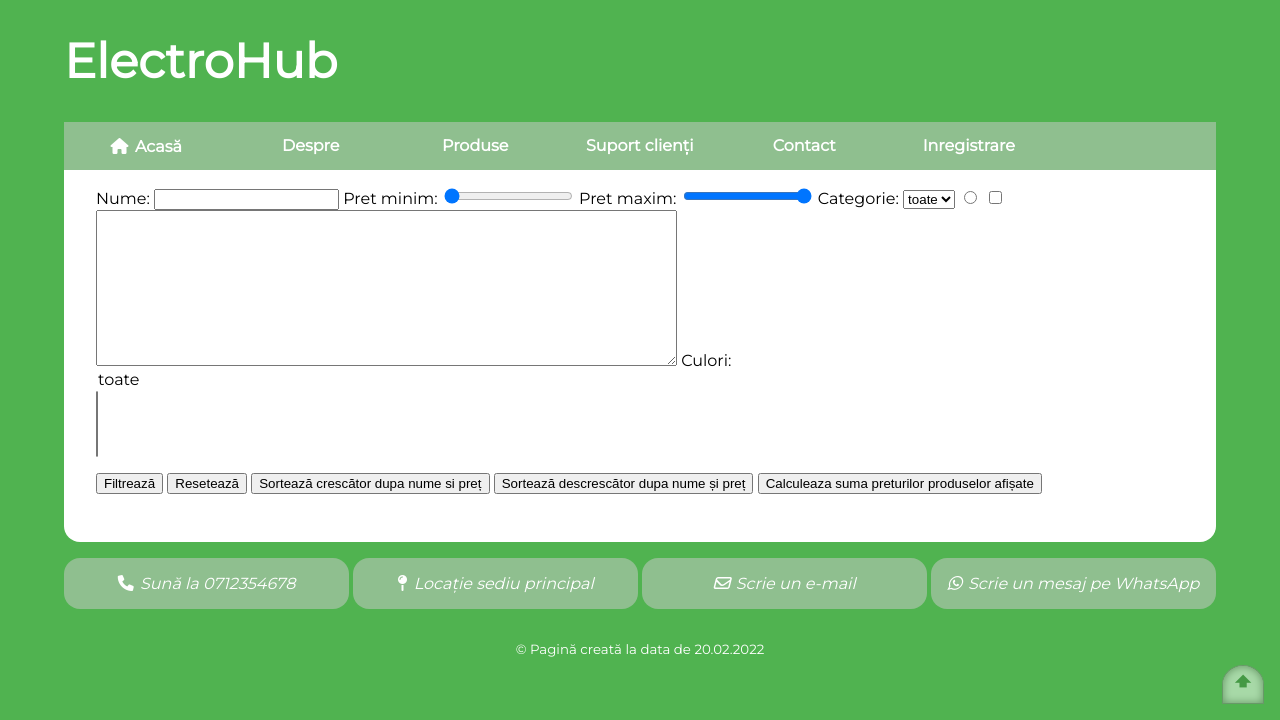
Repository: alexbanilean/Proiect-TW---ElectroHub
Page: http://localhost/produse
An editor plug-in stored every save of this project. The page is shown before and after the next save, followed by the edit.
The browser window is 1280 px wide. The pictures show the whole page.
The page is served by the project's Node server (index.js). Queries for data that is not in the repository find no rows.

Above is the page before, as saved 2022-05-09 21:55:29.
Console error: TypeError: Cannot set properties of null (setting 'onclick')

### views/pagini/produse.ejs
<!DOCTYPE html>
<html  lang="ro">
    <head>
        <meta name="description" content="Universul electronicelor și electrocasnicelor la cele mai bune prețuri.">
        <meta name="keywords" content="electronice, electrocasnice, telefoane, tablete, jocuri, televizoare, smartphone">
        <title>ElectroHub</title>
        <%- include("../fragmente/head"); %>
        <link rel="stylesheet" type="text/css" href="/resurse/css/produse.css"/>
        <script type="text/javascript" src="/resurse/js/produse.js"></script>
    </head>

    <body>

    <%- include("../fragmente/header") %>

    <main>

        <!--<label> Maxim calorii: <input type="number" id="inp-calorii" value="10000"></label>-->
        <!-- <div> Calorii: trebuie sa aiba acelasi name ca sa formeze un grup
            <p><label>Dietetic (calorii &lt; 350)
                <input id="i_rad1"  name="gr_rad" value="0:350" type="radio"/>
            </label></p>
            <p><label>Mediu (350 &le; calorii &lt; 700)
                <input id="i_rad2"  name="gr_rad" value="350:750" type="radio"/>
            </label>
            <p><label>Ridicat caloric (700 &le; calorii)
                <input id="i_rad3" name="gr_rad" value="700:1000000000" type="radio"/>
            </label>
            <p><label>Toate
                <input id="i_rad4" checked name="gr_rad" value="toate" type="radio"/>
            </label>
        </div> -->

        <p>
            <label>Nume: <input type="text" id="inp-nume"></label>

            <label>Pret minim: <input type="range" id="inp-pret-min" value="0" min="0"  max="5000"><span id="infoRangeMin"></span></label>

            <label>Pret maxim: <input type="range" id="inp-pret-max" value="5000" min="0"  max="5000"><span id="infoRangeMax"></span></label>

            <label>Categorie:
                <select id = "inp-categorie">
                    <option id = "sel-toate" selected value = "toate">toate</option>
                    <% for (let opt of locals.optiuni) { %>
                        <option value = "<%- opt.unnest %>"><%- opt.unnest %> </option>
                    <% } %>
                </select>
            </label>

            <label> <input type = "radio"> </label>

            <label> <input type = "checkbox"> </label>

            <label> <textarea id = "txtArea" rows = "10" cols = "70"></textarea> </label>

            <label>
                <datalist id = "browsers">
                    <option value = "Edge">
                    <option value = "Firefox">
                    <option value = "Chrome">
                    <option value = "Opera">
                    <option value = "Safari">
                </datalist>
            </label>

            <label>Culori:
                <option id = "sel-toate" selected value = "toate">toate</option>
                <select multiple id = "inp-culori" width="20">
                    <% for (let col of locals.culori) { %>
                        <option value = "<%- col.unnest %>"><%- col.unnest %> </option>
                    <% } %>
                </select>
            </label>

        </p>

        <p>
            <button id="filtrare">Filtrează</button>
            <button id="resetare">Resetează</button>
            <button id="sortCrescNume">Sortează crescător dupa nume si preț</button>
            <button id="sortDescrescNume">Sortează descrescător dupa nume și preț</button>
            <button id="p-suma">Calculeaza suma preturilor produselor afișate</button>
        </p>

        <!-- my code below -->

        <section id="produse">
            <div class="grid-produse">
                <% for(let prod of locals.produse) { %>
                    <article class="produs">
                        <h3 class="nume"><a href="/produs/<%-prod.id %>"><span class="val-nume"><%- prod.nume%></span></a></h3>
                        <p class="categorie">Categorie: <span class="val-categorie"><%- prod.categorie %></span></p>

                        <div class="grid-intern">
                            <figure class="imag-produs">
                                <a href="produs/<%-prod.id %>" ><img src="/resurse/imagini/produse/<%- prod.imagine %>" alt="[imagine <%- prod.nume %>]" /></a>
                            </figure>

                            <table class="info-prod">
                                <tbody>
                                    <tr>
                                        <td>
                                            <span class="pret">Pret:</span>
                                        </td>
                                        <td>
                                            <span class="val-pret"><%- prod.pret %> RON</span>
                                        </td>
                                    </tr>

                                    <tr>
                                        <td>
                                            <span class="culoare">Culoare:</span>
                                        </td>
                                        <td>
                                            <span class="val-culoare"><%- prod.culoare %></span>
                                        </td>
                                    </tr>

                                    <tr>
                                        <td>
                                            <span class="descriere">Descriere:</span>
                                        </td>
                                        <td>
                                            <span class="val-descriere"><%- prod.descriere %></span>
                                        </td>
                                    </tr>

                                    <tr>
                                        <td>
                                            <span class="data_adaugare">Data adăugare:</span>
                                        </td>
                                        <td>
                                            <span class="val-data_adaugare"><time><%- `${prod.data_adaugare.getDate()}/${locals.luni[prod.data_adaugare.getMonth()]}/${prod.data_adaugare.getFullYear()} (${locals.zile[prod.data_adaugare.getDay()]})` %></time></span>
                                        </td>
                                    </tr>

                                    <tr>
                                        <td>
                                            <span class="premium">Premium:</span>
                                        </td>
                                        <td>
                                            <span class="val-premium">
                                                <% if(prod.premium == 'true') { %>
                                                    <%- 'Da' %>
                                                <% } else { %>
                                                    <%- 'Nu' %>
                                                <% } %>
                                            </span>
                                        </td>
                                    </tr>
                                </tbody>
                            </table>

                            <label class="selecteaza-cos">
                                Selectează:<br/>
                                <input type="checkbox" class="select-cos" value="<%-prod.id %>" autocomplete="off">
                            </label>
                        </div>
                    </article>
                <% } %>
            </div>
        </section>
    </main>

    <%- include("../fragmente/footer") %>
    </body>
</html>

### views/fragmente/head.ejs
<meta charset="utf-8">
<meta name="author" content="Alexandru Bănilean">

<link rel="apple-touch-icon" sizes="180x180" href="/resurse/ico/apple-touch-icon.png">
<link rel="icon" type="image/png" sizes="32x32" href="/resurse/ico/favicon-32x32.png">
<link rel="icon" type="image/png" sizes="16x16" href="/resurse/ico/favicon-16x16.png">
<link rel="manifest" href="/resurse/ico/site.webmanifest">
<link rel="mask-icon" href="/resurse/ico/safari-pinned-tab.svg" color="#5bbad5">
<link rel="shortcut icon" href="/resurse/ico/favicon.ico">
<meta name="msapplication-TileColor" content="#da532c">
<meta name="msapplication-config" content="./resurse/ico/browserconfig.xml">
<meta name="theme-color" content="#ffffff">

<link rel="stylesheet" href="/resurse/css/general.css" type="text/css"/>
<link rel="stylesheet" href="/resurse/css/general-1200.css" type="text/css" media="screen and (max-width:1200px)"/>
<link rel="stylesheet" href="/resurse/css/general-500.css" type="text/css" media="screen and (max-width:500px)"/>
<link rel="stylesheet" href="/resurse/css/nav.css" type="text/css"/>
<link rel="stylesheet" href="/resurse/css/nav-500.css" type="text/css" media="screen and (max-width:500px)"/>
<link rel="stylesheet" href="/resurse/css/galerie_statica.css" type="text/css"/>
<link rel="stylesheet" href="/resurse/css/print_style.css" type="text/css"/>

<link rel="stylesheet" href="https://use.fontawesome.com/releases/v6.0.0/css/all.css"/>
<link rel="stylesheet" href="https://fonts.googleapis.com/css?family=Montserrat"/>

<script src="/resurse/js/tema.js"></script>

### views/fragmente/header.ejs
<script>
    var tema=localStorage.getItem("tema");
    if(tema)
        document.body.classList.add("dark");
    else
        document.body.classList.remove("dark");
</script>

<header>
    <h1>ElectroHub</h1>
</header>

<nav>

    <label id="hamburger" for="ch-menu">
        <img src="/resurse/imagini/hamburger_icon_alb.png" alt="menu">
    </label>
    <input id="ch-menu" type="checkbox">

    <ul class="meniu">
        <li><div class="home-button"><a href="/index"><span class="text-home-button">Acasă</span></a></div></li>
        <li><div><a href="/despre">Despre</a></div>
            <ul>
                <li><a href="/despre#prezentare">Prezentare</a></li>
                <li><a href="/despre#istoric">Istoric</a></li>
                <li><a href="/despre#galerie">Galerie</a></li>
            </ul>
        </li>
        <li><div><a href="/produse">Produse</a></div>
            <ul>
                <li><a href="/produse">Toate</a></li>
                <% for(let categ of locals.categorii_meniu) { %>
                    <li><a href="/produse/<%-categ.unnest%>" style="text-transform: capitalize;"><%-categ.unnest%></a></li>
                <% } %>
            </ul>
        </li>
        <li><a href="/suport_clienti">Suport clienți</a></li>
        <li><a href="/contact">Contact</a></li>
        <li><a href="/inregistrare">Inregistrare</a></li>



        <% if(locals.utilizator){ %>
            <li>
                <div><%- locals.utilizator.username %></div>
                <ul>
                    <li><a href="/profil">Profil</a></li>
                    <li><a href="/logout">Logout</a></li>
                    <% if(locals.utilizator && locals.utilizator.rol == "admin") { %>
                    <li><a href="/useri">Useri</a></li>
                    <% } %>

                </ul>
            </li>
        <% } %>
    </ul>
</nav>

<p id="banner"></p>

### views/fragmente/footer.ejs
<footer>
    <address>
        <a href="tel:+40712354678" class="apel">
            <i class="fa-solid fa-phone fa-shake-hover" style="font-weight:600;padding-right:0.4rem;"></i>Sună la 0712354678</a>
        <a href="https://www.google.com/maps/place/Faculty+of+Mathematics+and+Informatics+-+University+of+Bucharest/@44.4355355,26.0995867,15z/data=!4m5!3m4!1s0x0:0x493984726f0235f9!8m2!3d44.4355355!4d26.0995867" class="locatie">
            <i class="fa-solid fa-map-pin fa-bounce" style="font-weight:600;padding-right:0.4rem;"></i>Locație sediu principal</a>
        <a href="mailto::clienti.electrohub@gmail.com" class="mail">Scrie un e-mail</a>
        <a href="https://api.whatsapp.com/send?phone=40712354678" class="mesaj">Scrie un mesaj pe WhatsApp</a>
    </address>

    <a href="#" id="link-top"><div class="tooltip"><span class="tooltiptext">Înapoi în partea de sus a paginii</span></div></a>

    <p class="copyright-info"><small>&copy; Pagină creată la data de <time datetime="2022-02-20">20.02.2022</time></small></p>
</footer>

### resurse/css/nav.css
body{
    --inaltime-meniu: 3rem;
}

nav ul.meniu ul{
    display: none;
    position: absolute;
    width: 100%;
}

nav{
    height: var(--inaltime-meniu);
    width: 100%;
    top: 0;
    padding: 0;
    background-color: var(--button-color);
    z-index: 10;
    position: sticky;
}

nav ul.meniu>li{
    float: left;
    width: 14.28%;
    position: relative;
}

nav ul, nav li{
    padding: 0;
    margin: 0;
}

nav ul.meniu li{
    text-align: center;
    list-style-type: none;
    background-color: var(--button-color);
    cursor: pointer;
}

nav>ul.meniu>li>a{
    overflow: hidden;
}

nav ul.meniu li, nav ul.meniu div, nav ul.meniu a{
    text-decoration: none;
    color: var(--c2-text);
    display: block;
    font-weight: bold;

    height: var(--inaltime-meniu);
    line-height: var(--inaltime-meniu);
}

ul.meniu>li>div:hover, ul.meniu>li>a:hover{
    box-shadow: 1px 1px 5px 1px inset var(--c2-text), -1px -1px 5px 1px inset var(--c2-text);
}

ul.meniu a, ul.meniu div{
    transition: background 200ms linear;
}

nav ul.meniu>li:hover>ul{
    display: block;
    animation-name: aparitie_submeniu;
    animation-iteration-count: 1;
    animation-duration: 200ms;
    animation-timing-function: linear;
    transform-origin: top center;
}

nav ul.meniu>li:hover>ul li a::before{
    content:'\2192';
    display: inline-block;
    padding-right: 0.4rem;

}

nav ul.meniu>li:hover>ul li{
    overflow: hidden;
}

nav ul.meniu>li:hover>ul li a:hover::before{
    content:'\2192';
    padding-right: 0.4rem;

    animation-name: animatie_sageata_submeniu;
    animation-iteration-count: 1;
    animation-duration: 400ms;
    animation-timing-function: linear;
}

.home-button>a::before{
    display: inline-block;
    font-family: "Font Awesome 6 Free";
    padding-right: 0.4rem;
    content:'\f015';
}

#hamburger{
    display: none;
    height: var(--inaltime-meniu);
}

#ch-menu{
    display: none;
}

#hamburger img{
    height: 100%;
    width: auto;
}

@keyframes aparitie_submeniu{
    0%{
        opacity: 0;
        transform: scaleY(0);
    }
    100%{
        opacity: 1;
        transform: scaleY(1);
    }
}

@keyframes animatie_sageata_submeniu{
    0%{transform: translateX(-2rem);}
    100%{transform: translateX(0);}
}

### resurse/css/galerie_statica.css
#galerie_statica{
    display: grid;
    grid-template-columns: repeat(3, 1fr);
    gap: 10px;
    width: 100%;
}

#galerie_statica img{
    width: 100%;
    height: 100%;
}

#galerie_statica figure{
    width: 100%;
    height: 85%;
    margin: 0;
    padding: 0;
}

#galerie_statica>a:nth-child(5){
    grid-area: 2/3/3/4;
}

#galerie_statica>a:nth-child(6){
    grid-area: 3/1/4/2;
}

#galerie_statica>a:nth-child(7){
    grid-area: 3/3/4/4;
}

#galerie_statica>a:nth-child(8){
    grid-area: 4/1/5/2;
}

#galerie_statica>a:nth-child(9){
    grid-area: 4/2/5/3;
}

#galerie_statica>a:nth-child(10){
    grid-area: 4/3/5/4;
}

#galerie_statica{
    counter-reset: nr_imag;
}

#galerie_statica figcaption::before{
    content: counter(nr_imag, upper-roman) ". ";
    counter-increment: nr_imag;
    padding-right: 3px;
}

#galerie_statica figure figcaption{
    text-align: center;
    width:100%;
}

#galerie_statica figure:hover{
    transform: scale(1.25, 1.25) rotate(-10deg);
    border: 4px solid black;
    transition: all 1200ms linear;
}

#galerie_statica>a{
    text-decoration: none;
    color: inherit;
}

@media screen and (max-width: 800px){
    #galerie_statica{
        display: grid;
        grid-template-columns: repeat(2, 1fr);
    }
}

@media screen and (max-width: 500px){
    #galerie_statica{
        display: grid;
        grid-template-columns: 1fr;
    }
}

### resurse/css/print_style.css
#watermark, #banner{
    display:none;
}

@media print{

    html, body{
        width: 210mm;
        overflow: visible !important;
    }

    a{
        text-decoration: none;
        color: auto;
    }

    #link-top, video, iframe, #prezentari, figure, image, table{
        display: none;
    }

    details ol, :hover{
        display: block;
    }

	h1{
		margin-top: 50%;
		text-align:center;
	}

    nav{
        page-break-after: always;
    }

    nav u.meniu ul li{
        display: block;
    }

	#banner{
		position: absolute;
		display: inline-block;
        overflow: visible;
        width:50%;

        top: 0;
		right: 0;
	}
	#banner::after{
		content:"Acesta este un proiect școlar.";
        display: inline-block;
		position: absolute;

		font-size:10px;
        border:5px double black;

        padding: 5%;

        top: 0;
        right: 0;
	}

    #watermark{
        display: flex;
        flex-direction: column;
        position: fixed;
        align-items: center;
        justify-content: center;

        color: rgba(0,0,0,0.3);

        width: 60%;
        height: 10%;

        top: 0;
        left: 0;
    }

    #watermark::after{
        content: "Banilean Alexandru";
        display: block;
        text-align: center;
        padding: 5%;
        opacity: 0.3;

        color: rgba(0,0,0,0.3);

        border: 2px solid black;
        border-radius: 8px;
    }

	footer{
		page-break-before: always;
	}
}

@page {
    size: A4 portrait;
    margin-bottom:2cm;
    margin-top:2cm;
    counter-increment: page;

}
@page:left{

    margin-left:2cm;
    margin-right:1cm;
}
@page:right{

    margin-right:2cm;
    margin-left:1cm;
}

### resurse/css/produse.css
main{
    --padd-main: 2rem;
    padding-left: var(--padd-main);
    padding-right: var(--padd-main);
}

.grid-produse{
    display:grid;
    grid-template-columns: 1fr 1fr;
    grid-gap:1rem;
}
.grid-produse .produs{
    border-radius: 2rem;
    box-shadow: 0px 0px 0.5rem 0.2rem grey;
    overflow: hidden;
}

.grid-produse .produs h3{
    background-color: var(--medium-color);
    text-align: center;
    margin-top: 0;
    padding-top: 0.5rem;
    padding-bottom: 0.5rem;
}

.grid-produse .produs h3 a{
    color: var(--c2-text);
    text-decoration: none;
}

.grid-produse .produs h3 a:hover{
    color:var(--vivid-color);
}
.grid-produse .produs figure{
    text-align: center;
}

/* .grid-produse .produs figure img{
    border:1px solid grey
} */

.grid-produse .produs .info-prod{
    display:flex;
    width: 90%;
    /* text-align:center; */

    border-collapse: separate;

    font-weight: bold;
    padding-top: 2rem;
}

.grid-produse .produs p.categorie{
    text-align:center;
    font-weight:bold;
}

.grid-intern{
    display:grid;
    grid-template-columns: 1fr 1fr;
    grid-gap:1rem;
}

.grid-intern>figure img{
    width: 100%;
    height: auto;
}

.produs{
    position: relative;
}
.selecteaza-cos{
    display: inline-block;
    position: absolute;
    bottom: 0.5rem;
    right: 0.5rem;
    border-radius: 0.5rem;
    text-align: center;
    padding: 0.3rem;
    border: 1px solid transparent;
}

### resurse/css/general-1200.css
html{
    font-size: 14px;
}

body{
    --body-padding: 1.5rem;
    margin: 0;
}

#tabel>div{
    overflow-x: scroll;
}

#link-top{
    right: 1.7rem;
}

#link-top>.tooltip{
    right: 1.8rem;
}

.text-home-button{
    display: none;
}

.home-button>a::before{
    padding-left: 0.4rem;
}

### resurse/css/general-500.css
html{
    font-size: 10px;
}

body{
    --body-padding: 0;
}

h1{
    text-align: center;
}

#grid-pagina{
    display: block;
}

section{
    margin-top: 1rem;
}

#tabel>div{
    overflow-x: scroll;
}

.taburi-iframe a{
    text-decoration: none;
    width: 75px;
}

#link-top{
    right: 0.3rem;
}

#link-top>.tooltip{
    right: 0.4rem;
}

### resurse/css/nav-500.css
#hamburger{
    display: block;
}

ul.meniu{
    display: none;
    position: absolute;
    width: 100%;
}

/* aparitie meniu */

#ch-menu:checked+ul.meniu{
    display: block;
    z-index: 2;
    position: absolute;
    transform-origin: 0 0;

    animation-name: aparitie_meniu;
    animation-iteration-count: 1;
    animation-timing-function: linear;
    animation-fill-mode: forwards;
    animation-duration: 300ms;
}

#ch-menu:checked+ul.meniu>li>div, #ch-menu:checked+ul.meniu>li>a{
    z-index: 2;
    position: relative;
}

/* display over content meniu */

nav ul.meniu li{
    width: 100%;
}

nav ul.meniu>li ul{
    position: absolute;
    width: 100%;
    z-index: 200;
}

#ch-menu:checked+ul.meniu>li ul>*{
    position: relative;
    z-index: 200;
}

nav ul.meniu>li:hover>ul{
    z-index: 200;
    animation: none;
}

/* modificari sageata + boxshadow */

nav ul.meniu>li:hover>ul li a::before{
    content: none;
}

nav ul.meniu>li:hover>ul li a:hover::before{
    animation: none;
    content: none;
}

ul.meniu>li :hover{
    box-shadow: 1px 1px 5px 1px inset var(--c2-text), -1px -1px 5px 1px inset var(--c2-text);
}

@keyframes aparitie_meniu{
    0%{transform: scale(0,0);}
    100%{transform: scale(1,1);}
}

Loaded but not shown: resurse/json/galerie.json (97 lines, source omitted); resurse/json/erori.json (35 lines, source omitted); index.js (658 lines, source omitted); resurse/js/produse.js (331 lines, source omitted); resurse/js/tema.js (11 lines, source omitted); resurse/css/general.css (482 lines, source omitted)

After the next save:
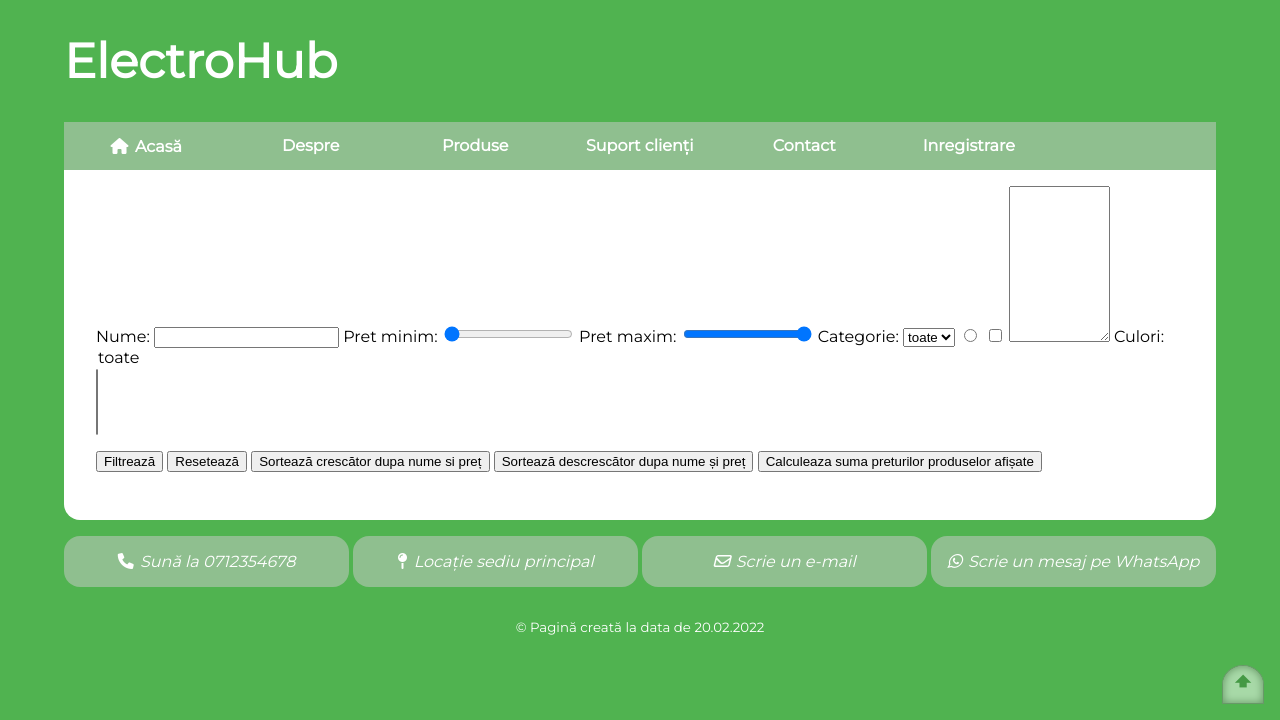
Saved 13 s later.
--- a/views/pagini/produse.ejs
+++ b/views/pagini/produse.ejs
@@ -51,7 +51,7 @@
 
             <label> <input type = "checkbox"> </label>
 
-            <label> <textarea id = "txtArea" rows = "10" cols = "70"></textarea> </label>
+            <label> <textarea id = "txtArea" rows = "10" cols = "10"></textarea> </label>
 
             <label>
                 <datalist id = "browsers">

After the save that followed:
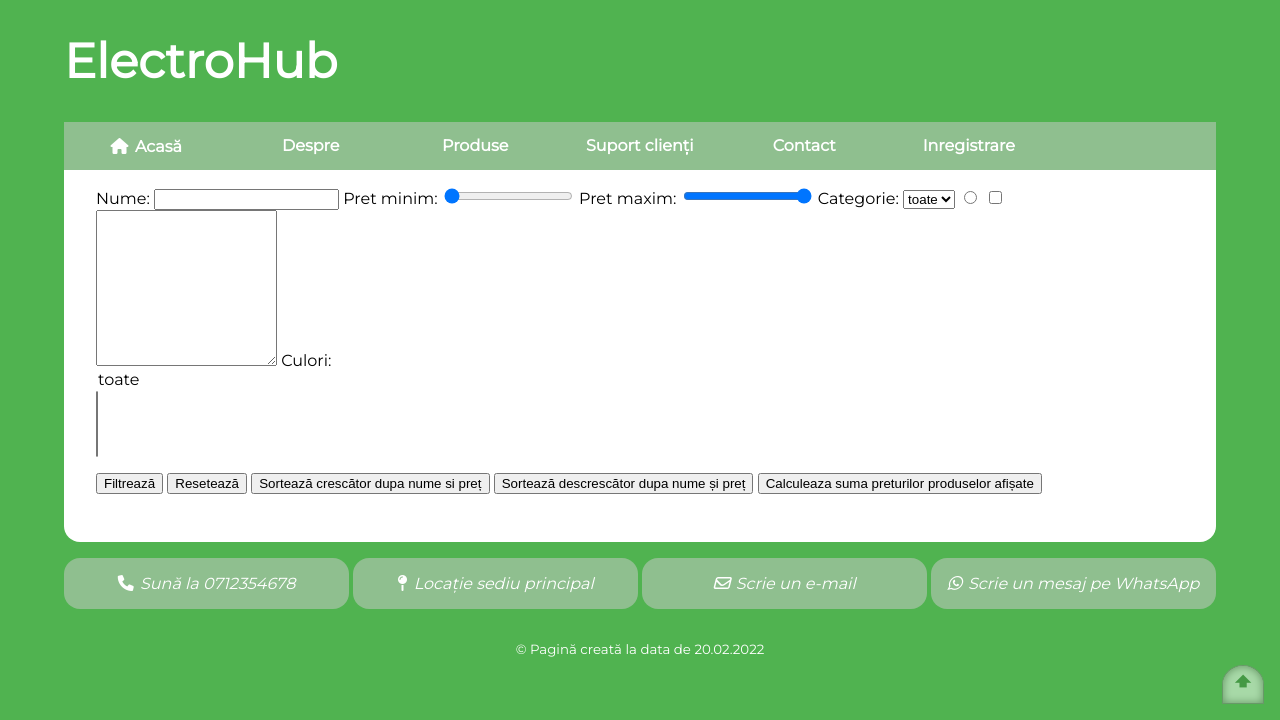
Saved 14 s later.
--- a/views/pagini/produse.ejs
+++ b/views/pagini/produse.ejs
@@ -51,7 +51,7 @@
 
             <label> <input type = "checkbox"> </label>
 
-            <label> <textarea id = "txtArea" rows = "10" cols = "10"></textarea> </label>
+            <label> <textarea id = "txtArea" rows = "10" colors = "10"></textarea> </label>
 
             <label>
                 <datalist id = "browsers">
